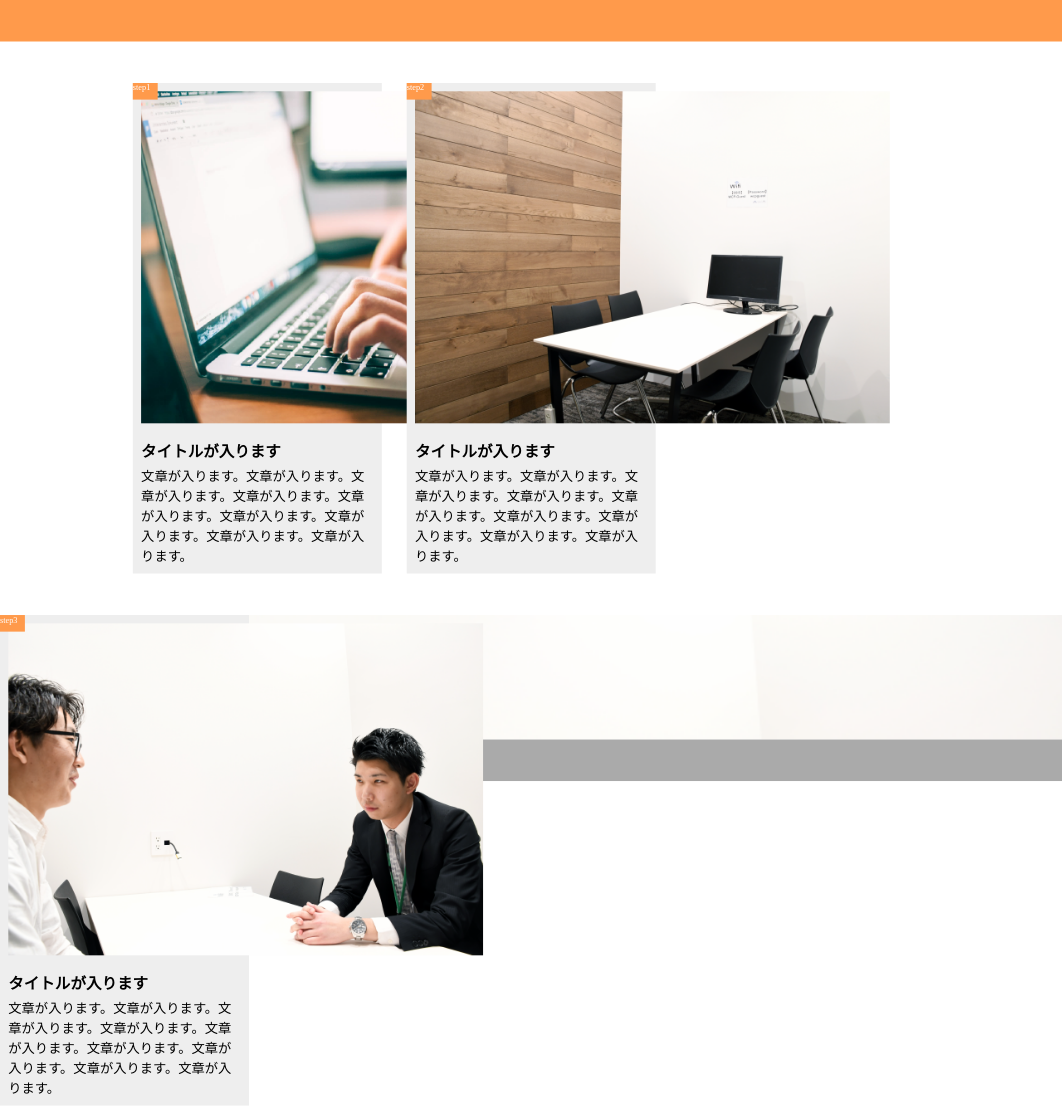
Repository: hira14t/git-practice
Page: kadai1/kadai1.html
The author's editor kept a record of every edit. The page is drawn from the files as they stood at one moment, then again after the next edit.
The browser window is 1280 px wide. The pictures show the whole page, at 83% of full size.

Above is the page before.

After the next edit:
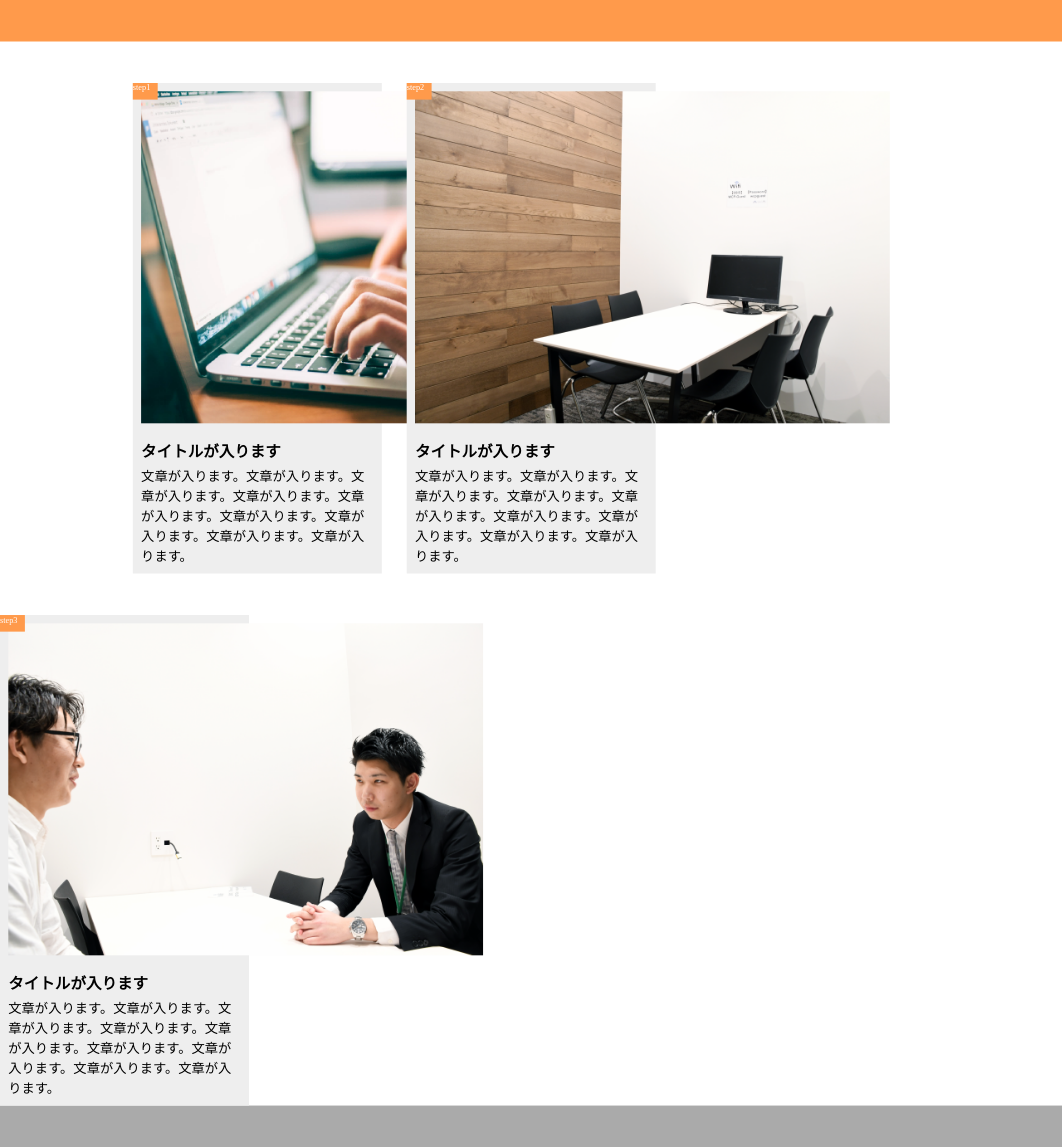
The edit:
--- a/kadai1/kadai1.html
+++ b/kadai1/kadai1.html
@@ -31,7 +31,7 @@
 
 
 
-      <div class="image3">
+
         <div class="item">
            <div class="category">step3</div>
            <img class="image" src="img/flow03.png">
